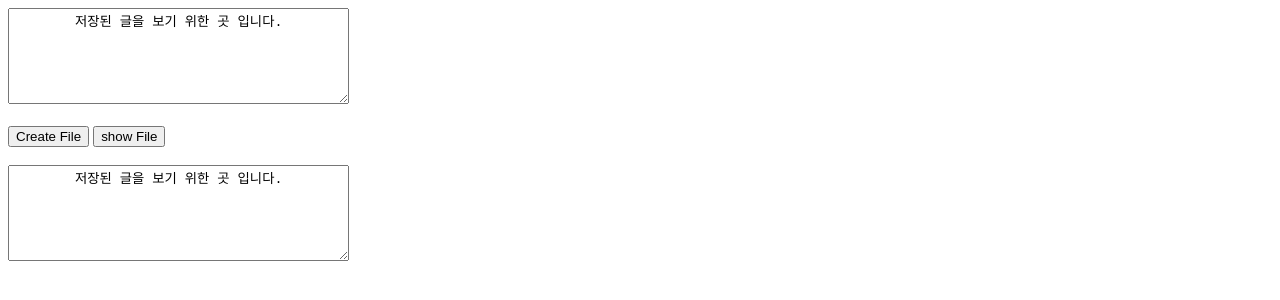
Repository: jeongdei/Mental_Care_job_hackathon_2016
Page: HackProject/HackProject/WebContent/NewFile1.html
An editor plug-in stored every save of this project. The page is shown before and after the next save, followed by the edit.
The browser window is 1280 px wide. The pictures show the whole page.

Above is the page before, as saved 2016-10-24 15:23:34.

After the next save:
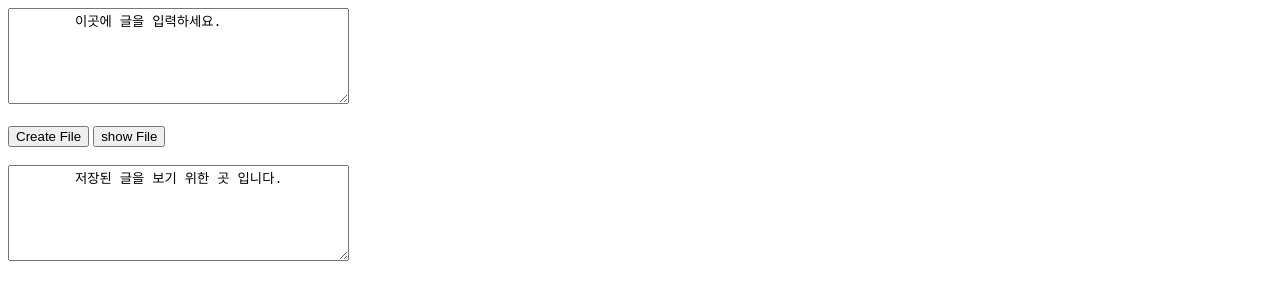
Saved 3 min 44 s later.
--- a/HackProject/HackProject/WebContent/NewFile1.html
+++ b/HackProject/HackProject/WebContent/NewFile1.html
@@ -14,7 +14,7 @@
 		var fileObject = new ActiveXObject("Scripting.FileSystemObject");
 
 		fWrite = fileObject.CreateTextFile("C:\\input.txt",true);
-		fWrite.write(txt+"</body></html>");
+		fWrite.write(txt + "</body></html>");
 		fWrite.close();
 		document.getElementById("txtInput").innerHTML = "저장됨";
 
@@ -26,7 +26,7 @@
 		var fileObject = new ActiveXObject("Scripting.FileSystemObject");
 
 		if(!fileObject.FileExists(filename)){
-			alert("만들어진 파일 없음");
+			alert('만들어진 파일 없음');
 		}
 		else{
 			var fOpen = fileObject.OpenTextFile(filename,1);
@@ -45,7 +45,7 @@
 
 
 	<textarea id="txtInput" name="text" rows="6" cols="40">
-	저장된 글을 보기 위한 곳 입니다.
+	이곳에 글을 입력하세요.
 	</textarea>
 	<br><br>
 
